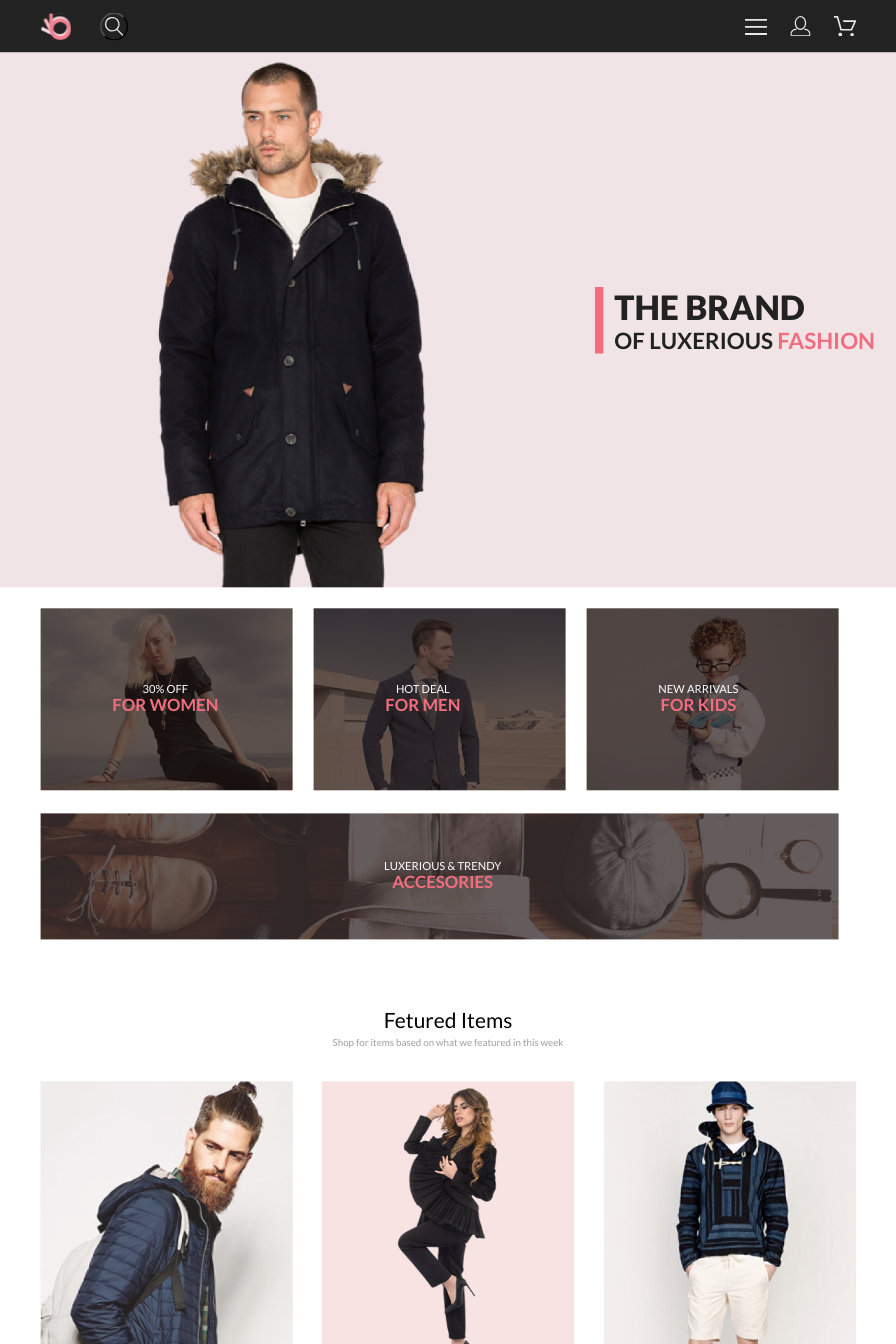
Repository: shtepaa/work-show-linkid
Page: les01/index.html
These files come from the project's save history. The page is drawn as it stood at one moment and after the next save; the edit follows.
The browser window is 1280 px wide. The pictures show the part of the page from y = 0 to 1920 px (the page is 3902 px tall), at 70% of full size.

Above is the page before, as saved 2022-02-15 12:44:41.

### les01/index.html
<!DOCTYPE html>
<html lang="en">
  <head>
    <meta charset="UTF-8" />
    <meta http-equiv="X-UA-Compatible" content="IE=edge" />
    <meta name="viewport" content="width=device-width, initial-scale=1.0" />
    <title>Brand</title>
    <link rel="shortcut icon" href="img/favicon.ico" type="image/x-icon" />
    <link rel="stylesheet" href="style.css" />
    <link rel="preconnect" href="https://fonts.googleapis.com" />
    <link rel="preconnect" href="https://fonts.gstatic.com" crossorigin />
    <link
      href="https://fonts.googleapis.com/css2?family=Lato:wght@700;400;900&display=swap"
      rel="stylesheet"
    />
  </head>
  <body>


        <header>
          <div class="container">
            <nav>
              <div class="flex-left">
                <img src="img/logo.svg" alt="logo" />
                <form class="searchBox">
                  <input
                    class="searchInput"
                    type="text"
                    name=""
                    placeholder="Search"
                  />
                  <button class="searchButton" href="#">
                    <img id="path" src="img/search.svg" alt="logo" />
                  </button>
                </form>
              </div>
              <div class="flex-right">
                <div class="mega-box"><img class="contact-img" src="img/menu.svg" alt="logo" />
                <div class="mega-item">

<div class="menu-box"><h3 class="menu-box--style">Menu</h3></div>
<details><summary>Man</summary>
<a class="mega-link" href="#">Accessories</a>
<a class="mega-link" href="#">Bags</a>
<a class="mega-link" href="#">Denim</a>
<a class="mega-link" href="#">T-Shirts</a>
</details>
<details><summary>WOMAN</summary>
  <a class="mega-link" href="#">Accessories</a>
  <a class="mega-link" href="#">Jackets & Coats</a>
  <a class="mega-link" href="#">Polos</a>
  <a class="mega-link" href="#">T-Shirts</a>
  </details>
  <details><summary>KIDS</summary>
    <a class="mega-link" href="#">Accessories</a>
    <a class="mega-link" href="#">Bags</a>
    <a class="mega-link" href="#">Denim</a>
    <a class="mega-link" href="#">T-Shirts</a>
    </details>



                </div>


                </div>
                <img class="contact-img" src="img/contact.svg" alt="logo" />
                <img src="img/shop.svg" alt="logo" />
              </div>
            </nav>
          </div>
        </header>
        <!-- Второй блок -->
        <div class="header-section">
            <div class="header-cover">
              <div class="header-image">
              <img class="header-man"  src="img/man-new.png" alt="man" />
            </div>
            <div class="header-title">
              <div class="pink-line">
              <div class="header-column">
                <h1 class="header-brand">The brand</h1>
                <h2 class="text-brand">of luxerious <span class="pink-word"> fashion</span></h2>
              </div>
            </div>
            </div>
          </div>
          </div>
        </div>
<!-- Третий блок -->
        <div class="container">
<section class="catalog-box">
          <div class="catalog-block">
            <div class="catalog-project">
              <a class="link-cataloge" href="#">
              <img
                class="catalog-image"
                src="img/catalog01.png"
                alt="catalog01"
              />
              <h2 class="catalog__text">
                30% off <span class="pink-word catalog-words"> for women</span>
              </h2></a>
            </div>
            <div class="catalog-project">
              <img
                class="catalog-image"
                src="img/catalog02.png"
                alt="catalog02"
              />
              <h2 class="catalog__text">
                hot deal <span class="pink-word catalog-words"> for men</span>
              </h2>
            </div>
            <div class="catalog-project">
              <img
                class="catalog-image"
                src="img/catalog03.png"
                alt="catalog03"
              />
              <h2 class="catalog__text">
                new arrivals
                <span class="pink-word catalog-words"> for kids</span>
              </h2>
            </div>
          </div>
          <div class="catalog-project parent">
            <img
              class="catalog-image"
              src="img/catalog04.png"
              alt="catalog04"
            />
            <h2 class="catalog__text down-parent">
              luxerious & trendy<span class="pink-word catalog-words">
                accesories</span
              >
            </h2>
          </div>
        </section>
        </div>
        <!-- Четвертый блок -->
        <div class="container block-text">
          <h3 class="block-text--heading">Fetured Items</h3>
          <p class="block-text--section-text">
            Shop for items based on what we featured in this week
          </p>
        </div>
        <div class="container section-featured">
          <div class="featur_one">
            <a class="link-featur" href="#">
            <img class="featur-image"  src="img/feat01.png" alt="featur_one" /></a>
            <div class="featur-wrapper">
            <h3 class="featur-text">ELLERY X M'O CAPSULE</h3>
            <p class="featur-content">Known for her sculptural takes on traditional tailoring, Australian arbiter of cool Kym Ellery teams up with Moda Operandi.</p>
<span class="featur-price">$52.00</span></div>
          </div>
          <div class="featur_one">
            <a class="link-featur" href="#">
            <img src="img/feat02.png" alt="featur_one" /></a>
            <div class="featur-wrapper">
            <h3 class="featur-text">ELLERY X M'O CAPSULE</h3>
            <p class="featur-content">Known for her sculptural takes on traditional tailoring, Australian arbiter of cool Kym Ellery teams up with Moda Operandi.</p>
<span class="featur-price">$52.00</span></div>
          </div>
          <div class="featur_one">
            <a class="link-featur" href="#">
            <img src="img/feat03.png" alt="featur_one" /></a>
            <div class="featur-wrapper">
            <h3 class="featur-text">ELLERY X M'O CAPSULE</h3>
            <p class="featur-content">Known for her sculptural takes on traditional tailoring, Australian arbiter of cool Kym Ellery teams up with Moda Operandi.</p>
<span class="featur-price">$52.00</span></div>
          </div>
          <div class="featur_one">
            <a class="link-featur" href="#">
            <img src="img/feat04.png" alt="featur_one" /></a>
            <div class="featur-wrapper">
            <h3 class="featur-text">ELLERY X M'O CAPSULE</h3>
            <p class="featur-content">Known for her sculptural takes on traditional tailoring, Australian arbiter of cool Kym Ellery teams up with Moda Operandi.</p>
<span class="featur-price">$52.00</span></div>
          </div>
          <div class="featur_one">
            <a class="link-featur" href="#">
            <img src="img/feat05.png" alt="featur_one" /></a>
            <div class="featur-wrapper">
            <h3 class="featur-text">ELLERY X M'O CAPSULE</h3>
            <p class="featur-content">Known for her sculptural takes on traditional tailoring, Australian arbiter of cool Kym Ellery teams up with Moda Operandi.</p>
<span class="featur-price">$52.00</span></div>
          </div>
          <div class="featur_one">
            <a class="link-featur" href="#">
            <img src="img/feat06.png" alt="featur_one" /></a>
            <div class="featur-wrapper">
            <h3 class="featur-text">ELLERY X M'O CAPSULE</h3>
            <p class="featur-content">Known for her sculptural takes on traditional tailoring, Australian arbiter of cool Kym Ellery teams up with Moda Operandi.</p>
<span class="featur-price">$52.00</span></div>
          </div>

        </div>
        <div class="container browse-button">
          <a class="link-browse" href="#"> <h3 class="browse-button product-cart">Browse All Product</h3></a>

        </div>
<div class="section-icons">
  <div class="container wrapper-icons">
  <div class="first-icons">
    <img class="car-icons" src="img/car.svg" alt="car" />
    <h3 class="car-icons--text">Free Delivery</h3>
    <p class="car-icons--context">Worldwide delivery on all. Authorit tively morph next-generation innov tion with extensive models.</p>
  </div>
  <div class="first-icons">
    <img class="car-icons" src="img/discount.svg" alt="discount" />
    <h3 class="car-icons--text">Sales & discounts</h3>
    <p class="car-icons--context">Worldwide delivery on all. Authorit tively morph next-generation innov tion with extensive models.</p>
  </div>
  <div class="first-icons">
    <img class="car-icons" src="img/corona.svg" alt="corona" />
    <h3 class="car-icons--text">Quality assurance</h3>
    <p class="car-icons--context">Worldwide delivery on all. Authorit tively morph next-generation innov tion with extensive models.</p>
  </div>
</div>

</div>

<div class="quotes-section">
  <div class="container wrap-quotes">
  <div class="figure-box">
  <figure>
    <img class="figure-image" src="img/author.png" alt="author" />
    <figcaption>“Vestibulum quis porttitor dui! Quisque viverra nunc mi, a pulvinar purus condimentum“</figcaption>
  </figure></div>
  <div class="figure-box enter-mail">

    <h1 class="subscribe">SUBSCRIBE</h1>
    <h2 class="promotion">FOR OUR NEWLETTER AND PROMOTION</h2>
    <div class="subscribe-wrapper">

      <input type="email" name="email" class="subscribe-input" placeholder="Enter Your Email">
      <div class="submit-btn">SUBMIT</div>
    </div>


  </div>

</div>


      </div>
      <footer>
<div class="container footer-contant">
  <div class="copy-righ">
    <span class="copy-text">© 2021  Brand  All Rights Reserved.</span>
  </div>
  <div class="networks">
    <div class="insta instag-fig">

    </div>
    <div class="insta pint-fig"></div>
    <div class="insta last-fig"></div>
    <div class="insta "></div>
  </div>



</div>

      </footer>

  </body>
</html>

### les01/style.css
* {
  margin: 0;
  padding: 0;
}

body{
  font-family: "Lato", sans-serif;
}

header {
  background-color: #222;

  display: flex;
  height: 75px;
}
.header-section {
  background-color: #f1e4e6;
  /* display: flex; */
  height: 764px;
}
.container {
  margin: 0 auto;
  width: 1165px;
  display: flex;
}
.header-image {
  display: flex;
  /* background-repeat: no-repeat;
  -webkit-box-flex: 1;
  -ms-flex-positive: 1;
  flex-grow: 1; */

}
.header-man{
  /* display: flex; */
  /* display: block; */
  left: 0;
}
.header-title {
  /* width: 50%; */
  display: flex;
  flex-direction: row;
  align-items: center;
}
.header-column {
  display: flex;
  flex-direction: column;
  padding-left: 16px;
  text-transform: uppercase;

}
.header-brand{
  font-weight: 900;
  font-size: 48px;
  line-height: 57px;
  color: #222;
}
.text-brand{
  font-weight: 700;
  font-size: 32px;
  line-height: 38px;
  color: #222;
}
.pink-word {
  color: #f16d7f;
}
.pink-line {


  border-left: 12px solid #f16d7f;
}
.header-cover {
  /* width: 100%; */
  display: flex;
  /* flex-direction: row; */
  justify-content: space-between;
  width: 1250px;
  /* margin: 0 auto; */
}

nav {
  justify-content: space-between;
  flex-direction: row;
  /* position: relative; */
  align-items: center;
  display: flex;
  height: 75px;
  width: 100%;
}
.flex-left {
  align-items: center;
  flex-direction: row;
  display: flex;
}

.contact-img {
  margin-right: 33px;
}
/* Меню бокс */
.mega-item {
  position: absolute;
  background-color: #fff;

  /* display: none; */
  padding: 37px 100px 79px 50px;
  display: none;
  margin-top: 23px;
  padding-bottom: 53px;
  /* margin-left: 155px; */
}
.mega-box {
  padding: 34px 0 30px 0;

}
.mega-box:hover .mega-item{
  display: block;
}
summary {
  display: block;
}

  summary::-webkit-details-marker {
  display: none;
}

summary {
  display: block;
  font-weight: 400;
  font-size: 14px;
  line-height: 17px;
  text-transform: uppercase;
  color: #f16d7f;
  padding-top: 20px;
  padding-bottom: 12px;
  font-family: "Lato", sans-serif;
  cursor: pointer;
}

  summary::-webkit-details-marker {
  display: none;
}

summary::before {
  content: '';
  padding-right: 0.5em;
}

details[open] > summary::before {
  content: '';
}

.menu-box--style {
  font-weight: 700;
  font-size: 14px;
  line-height: 17px;
  text-transform: uppercase;
  padding-bottom: 4px;
  font-family: "Lato", sans-serif;
}
/* .pink-box {

} */
.mega-link {
  font-family: "Lato", sans-serif;
  display: block;
  text-decoration: none;
  font-size: 14px;
  line-height: 17px;
  color: #6f6e6e;
  font-weight: 400;
  padding: 12px 0px 11px 15px;
}
.mega-link:hover{
  color: #F16D7F;
}
.flex-right {
  display: flex;
  align-items: center;
  position: relative;
  /* padding-bottom: 23px; */
}
img {
  cursor: pointer;
}

/* search form*/
form {
  margin-left: 41px;
}

.searchBox:hover > .searchInput {
  padding: 0 6px;
  width: 240px;
}

.searchBox:hover > .searchButton {
  background: #222;
  color: #2f3640;
}

.searchButton {
  justify-content: center;
  align-items: center;
  background: #222;
  border-radius: 50%;
  color: white;
  float: right;
  width: 40px;
  height: 40px;
  display: flex;
  transition: 0.4s;
}

.searchInput {
  border: none;
  background: none;
  outline: none;
  float: left;
  padding: 0;
  color: white;
  font-size: 16px;
  transition: 0.4s;
  line-height: 40px;
  width: 0px;
}

@media screen and (max-width: 620px) {
  .searchBox:hover > .searchInput {
    width: 150px;
    padding: 0 6px;
  }
}

/* Третий блок */
.catalog-box{
  display: flex;
  flex-direction: column;
}

.catalog-project {
  margin-top: 30px;
  position: relative;

}

.catalog__text {
  position: absolute;
  display: block;
  z-index: 100;
  left: 103px;
  top: 105px;
  box-sizing: border-box;
  font-size: 16px;
  line-height: 19px;
  text-align: center;
  font-family: Lato;
  color: #fff;
  text-transform: uppercase;
  font-weight: 400;
  display: flex;
  flex-direction: column;
  /* left: 0; */
}
.catalog-words {
  font-size: 24px;
  line-height: 28px;
  text-align: center;
  font-family: "Lato", sans-serif;
  font-weight: 700;
}
.catalog-block {
  display: flex;
  justify-content: space-between;
  /* flex-direction: row;
  flex-wrap: wrap; */
  /* width: 100%; */
}

.parent {
  display: flex;
  width: 100%;
  /* justify-content: space-between; */
}
.down-parent {
  left: 491px;
  top: 65px;
}
/* Четвертый блок */
.block-text {
  padding-top: 96px;
  display: flex;
  flex-direction: column;
  box-sizing: content-box;
  align-items: center;
}
.block-text--heading {
  font-weight: normal;
  font-size: 30px;
  line-height: 36px;
}
.block-text--section-text {
  padding-top: 6px;
  font-weight: normal;
  font-size: 14px;
  line-height: 17px;
  color: #9f9f9f;
}
/* Пятый блок */
.section-featured{
  max-width: 1165px;
  display: flex;
  flex-direction: row;
  flex-wrap: wrap;
  padding-top: 18px;
  justify-content: space-between;
}
.featur_one{
  display: flex;
  flex-direction: column;
  max-width: 360px;
  background-color: #F8F8F8;
  margin-top: 30px;
}
.featur-text{
  margin-top: 25px;
  font-size: 13px;
line-height: 16px;
font-family: "Lato", sans-serif;
font-weight: 400;
}
.featur-content{
  color: #5D5D5D;
  font-weight: 300;
font-size: 14px;
line-height: 17px;
font-family: "Lato", sans-serif;
padding-top: 12px;
}
.featur-price{
  color:  #F16D7F;
  font-size: 16px;
line-height: 19px;
font-weight: 400;
padding-top: 18px;
}
.featur-wrapper{
  padding-left: 18px;
  padding-bottom: 20px;
  display: flex;
  flex-direction: column;
}
.browse-button{
  /* align-items: center; */
  /* display: block; */
  max-width: 1165px;
  display: flex;
  justify-content: center;
  margin-top: 63px;

}
.link-browse{
  text-decoration: none;
}
.product-cart{
  color: #fff;
  border: 1px solid #FF6A6A;
  box-sizing: border-box;
  align-items: center;
  width: 211px;
  padding: 15px 38px;
  font-size: 16px;
line-height: 19px;
font-weight: 400;
background-color: #F16D7F;
}
/* конец кнопки */
.section-icons {
  background-color: #222224;
  display: flex;
  height: 341px;

  /* justify-content: space-between; */
  margin-top: 95px;
}
.first-icons{
  display: flex;
  flex-direction: column;
  max-width: 343px;
  justify-content: center;
  align-items: center;
  text-align: center;


}
.car-icons{
  width: 44px;
  height: 31px;
  padding-top: 103px;
  padding-bottom: 28px;
}
.wrapper-icons{
  max-width: 1165px;
  display: flex;
  flex-direction: row;
  justify-content: space-between;
}
.car-icons--context{
  padding-top: 16px;
  font-weight: 300;
font-size: 13.972px;
line-height: 17px;
color: #FBFBFB;
padding-bottom: 104px;
}
.car-icons--text{
  font-size: 19.96px;
line-height: 24px;
color: #FBFBFB;
font-weight: 400;
}
/* Квотес секция */
.quotes-section{
  background-image: url(img/photo-subscribe.png );
  height: 448px;
  background-repeat: no-repeat;
  background-size: 100%;

}
.wrap-quotes{
  display: flex;
  flex-direction: row;
  max-width: 1165px;
  justify-content: space-between;

}
.figure-box{
  display: flex;
  flex-direction: column;
  width: 343px;
  justify-content: center;
  /* align-items: center; */
  text-align: center;

}
.figure-image{
  width: 96px;
  height: 96px;
  padding-top: 97px;
}
figcaption{
  padding-top: 30px;
  font-size: 20px;
line-height: 24px;
font-weight: 400;
font-family: "Lato", sans-serif;
color: #222224;

}
.subscribe{
  font-family: "Lato", sans-serif;
  font-weight: 700;
  font-size: 24px;
  line-height: 37px;
  padding-top: 150px;
}
.promotion{
  font-family: "Lato", sans-serif;
  font-weight: 400;
  font-size: 18px;
  line-height: 30px;
}
.enter-mail{
  width: 557px;
}
.subscribe-wrapper{
  display: flex;
  justify-content: center;
  margin-top: 39px;

  border-radius: 10px;
  width: 356px;
  margin: 0 auto;
  padding-top: 32px;
}
.subscribe-input{
width: 256px;
border-radius: 30px;
  border-bottom-right-radius: 0;
  border-top-right-radius: 0;
  border-color: #E1E1E1;
  background-color: #E1E1E1;
}
.submit-btn{
  width: 100px;
  border-radius: 30px;
  border-bottom-left-radius: 0;
  border-top-left-radius: 0;
  background-color: #E05C6E;
  height: 49px;
  color: #fff;
  text-align: center;
  align-items: center;
  font-size: 14px;
line-height: 17px;
display: flex;
font-weight: 400;
padding: 10px;
}
::placeholder{
  padding-left: 22px;
  padding-top: 7px;
  padding-bottom: 6px;
  font-size: 14px;
line-height: 17px;
opacity: 0.67;
color: #222224;
}
footer{
  height: 79px;
  background-color: #222224;
  display: flex;
}
.footer-contant{
  display: flex;
  flex-direction: row;
  max-width: 1165px;
  align-items: center;
  justify-content: space-between;
}
.copy-text{
  padding-top: 30px;
  font-size: 16px;
line-height: 19px;
font-weight: 400;
color: #FBFBFB;
}
.networks{
  display: flex;
  flex-direction: row;


}
.insta{
  height: 32px;
  width: 31px;
  background-color: #fff;
  display: flex;

}
.last-fig{
  margin-right: 7px;
}
.pint-fig{
  margin-right: 7px;
}
.instag-fig{
  margin-right: 7px;
}
.insta:hover{
  background-color: #E05C6E;

}

### les01/img/search.svg
<svg width="27" height="28" viewBox="0 0 27 28" fill="#E8E8E8" xmlns="http://www.w3.org/2000/svg" id="path">
<path d="M19.0596 17.6259C20.6713 15.8658 21.6282 13.6048 21.7698 11.2225C21.9113 8.84018 21.2288 6.48173 19.8369 4.54318C18.445 2.60463 16.4285 1.20404 14.126 0.576619C11.8234 -0.0508009 9.3751 0.13316 7.19217 1.09761C5.00923 2.06205 3.22463 3.74825 2.13804 5.87302C1.05145 7.9978 0.729054 10.4318 1.225 12.7661C1.72094 15.1005 3.00501 17.1932 4.86158 18.6927C6.71814 20.1922 9.03413 21.0072 11.4206 21.0009C13.673 21.004 15.8645 20.27 17.6606 18.9109L25.4086 26.7179C25.4941 26.807 25.5965 26.8781 25.7099 26.927C25.8232 26.9759 25.9452 27.0017 26.0686 27.0029C26.1923 27.0033 26.3148 26.9782 26.4283 26.9292C26.5419 26.8801 26.6441 26.8082 26.7286 26.7179C26.9025 26.537 26.9997 26.2958 26.9997 26.0449C26.9997 25.794 26.9025 25.5528 26.7286 25.3719L19.0596 17.6259ZM2.88662 10.5009C2.89946 8.81563 3.41094 7.17187 4.35659 5.77685C5.30224 4.38183 6.63972 3.29801 8.20044 2.662C9.76115 2.02599 11.4752 1.86627 13.1266 2.20298C14.7779 2.53969 16.2926 3.35775 17.4797 4.55404C18.6668 5.75033 19.4732 7.27129 19.7972 8.92519C20.1212 10.5791 19.9483 12.2919 19.3002 13.8476C18.6522 15.4034 17.5581 16.7325 16.1559 17.6674C14.7536 18.6023 13.1059 19.1011 11.4206 19.1009C9.14916 19.0901 6.97482 18.1784 5.37484 16.566C3.77486 14.9537 2.87998 12.7724 2.88662 10.5009Z" fill="#E8E8E8"/>
</svg>

Loaded but not shown: les01/img/car.svg (3 lines, source omitted)

After the next save:
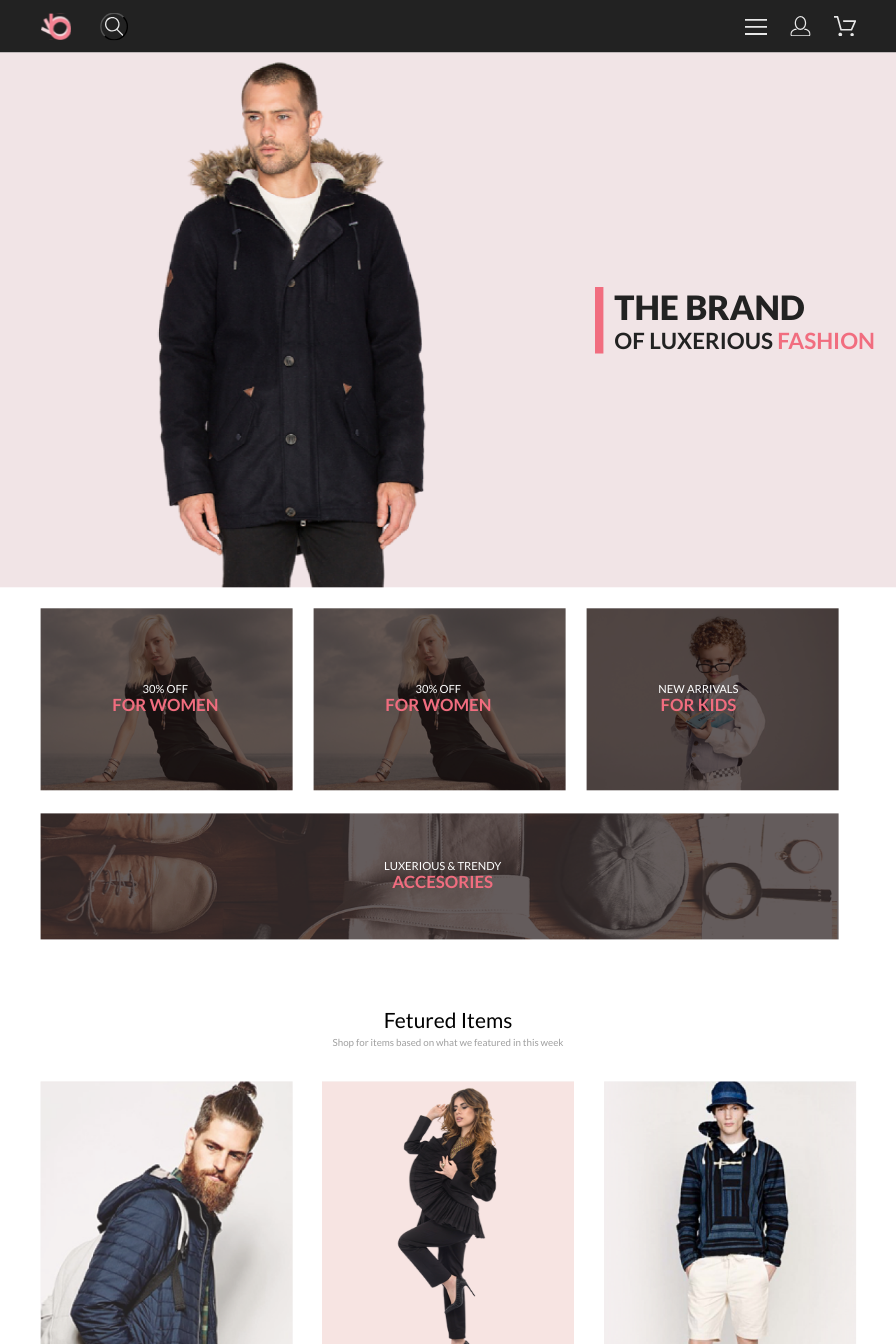
Saved 38 s later.
--- a/les01/index.html
+++ b/les01/index.html
@@ -103,14 +103,15 @@
               </h2></a>
             </div>
             <div class="catalog-project">
-              <img
-                class="catalog-image"
-                src="img/catalog02.png"
-                alt="catalog02"
-              />
-              <h2 class="catalog__text">
-                hot deal <span class="pink-word catalog-words"> for men</span>
-              </h2>
+              <a class="link-cataloge" href="#">
+                <img
+                  class="catalog-image"
+                  src="img/catalog01.png"
+                  alt="catalog01"
+                />
+                <h2 class="catalog__text">
+                  30% off <span class="pink-word catalog-words"> for women</span>
+                </h2></a>
             </div>
             <div class="catalog-project">
               <img
